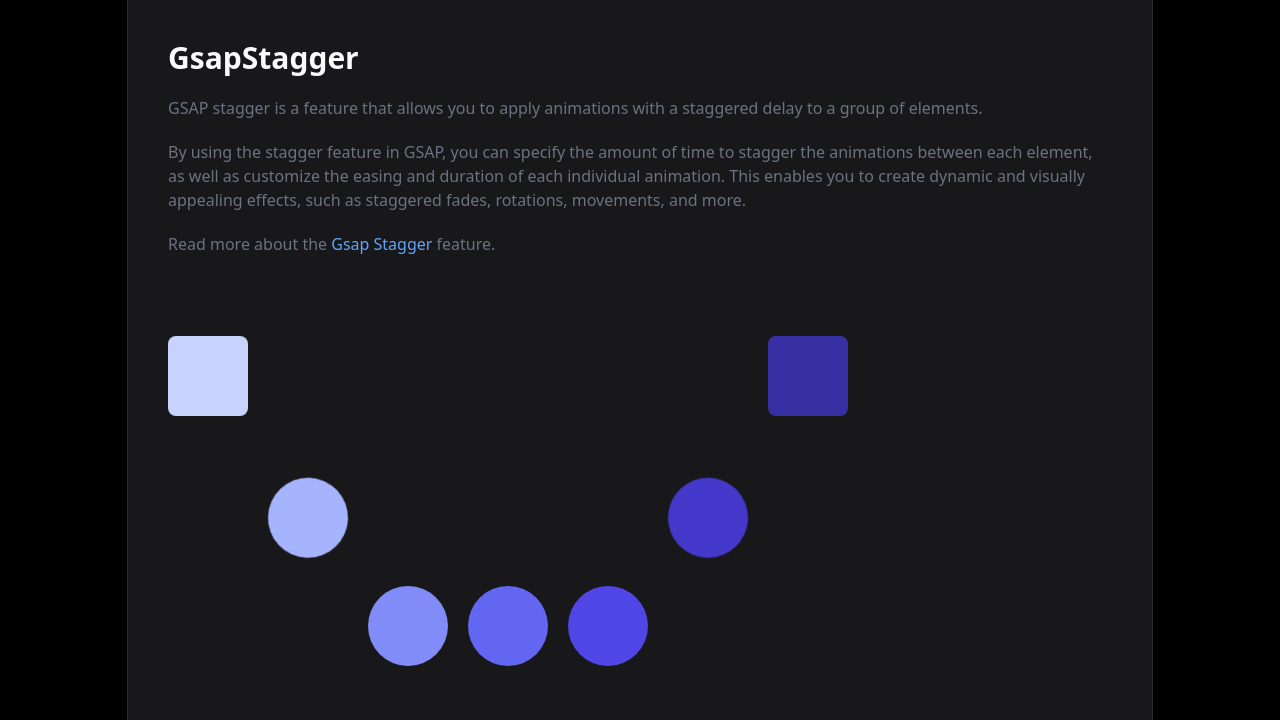
Repository: mgoyeghiaian/gsap-Starter
Page: /gsapstagger
The author's editor kept a copy of each file at every save. The page is drawn from the files as they stood at one save, then again after the next save.
The browser window is 1280 px wide. The pictures show the whole page.
The project was rebuilt for these pictures with package versions that can differ from the ones it lists, and the page was loaded fresh each time. Also part of the build but not shown: vite.config.js, src/pages/Home.jsx, src/pages/GsapTo.jsx, src/pages/GsapFrom.jsx, src/pages/GsapFromTo.jsx, src/pages/GsapTimeline.jsx, src/pages/GsapScrollTrigger.jsx, src/pages/GsapText.jsx.

Above is the page before, as saved 2024-03-17 23:54:01.

### src/pages/GsapStagger.jsx
import { useGSAP } from "@gsap/react";
import gsap from "gsap";

const GsapStagger = () => {
  // TODO: Implement the gsap.stagger() method
  useGSAP(() => {
    gsap.to('.stagger-box', {
      y: 250,
      rotation: 360,
      borderRadius: '100%',
      repeat: -1,
      yoyo: true,
      // stagger: 0.5,
      stagger: {
        amount: 1.5,
        grid: [2, 1],
        axis: 'y',
        ease: "circ.inOut",
        from: "center",
      }
    });
  }, [])
  return (
    <main>
      <h1>GsapStagger</h1>

      <p className="mt-5 text-gray-500">
        GSAP stagger is a feature that allows you to apply animations with a
        staggered delay to a group of elements.
      </p>

      <p className="mt-5 text-gray-500">
        By using the stagger feature in GSAP, you can specify the amount of time
        to stagger the animations between each element, as well as customize the
        easing and duration of each individual animation. This enables you to
        create dynamic and visually appealing effects, such as staggered fades,
        rotations, movements, and more.
      </p>

      <p className="mt-5 text-gray-500">
        Read more about the{" "}
        <a
          href="https://gsap.com/resources/getting-started/Staggers"
          target="_blank"
          rel="noreferrer noopener nofollow"
        >
          Gsap Stagger
        </a>{" "}
        feature.
      </p>

      <div className="mt-20">
        <div className="flex gap-5">
          <div className="w-20 h-20 bg-indigo-200 rounded-lg stagger-box" />
          <div className="w-20 h-20 bg-indigo-300 rounded-lg stagger-box" />
          <div className="w-20 h-20 bg-indigo-400 rounded-lg stagger-box" />
          <div className="w-20 h-20 bg-indigo-500 rounded-lg stagger-box" />
          <div className="w-20 h-20 bg-indigo-600 rounded-lg stagger-box" />
          <div className="w-20 h-20 bg-indigo-700 rounded-lg stagger-box" />
          <div className="w-20 h-20 bg-indigo-800 rounded-lg stagger-box" />
        </div>
      </div>
    </main>
  );
};

export default GsapStagger;

Loaded but not shown: index.html (common file); src/main.jsx (common file); src/App.jsx (common file); src/index.css (common file); src/pages/index.jsx (common file); tailwind.config.js (common file)

After the next save:
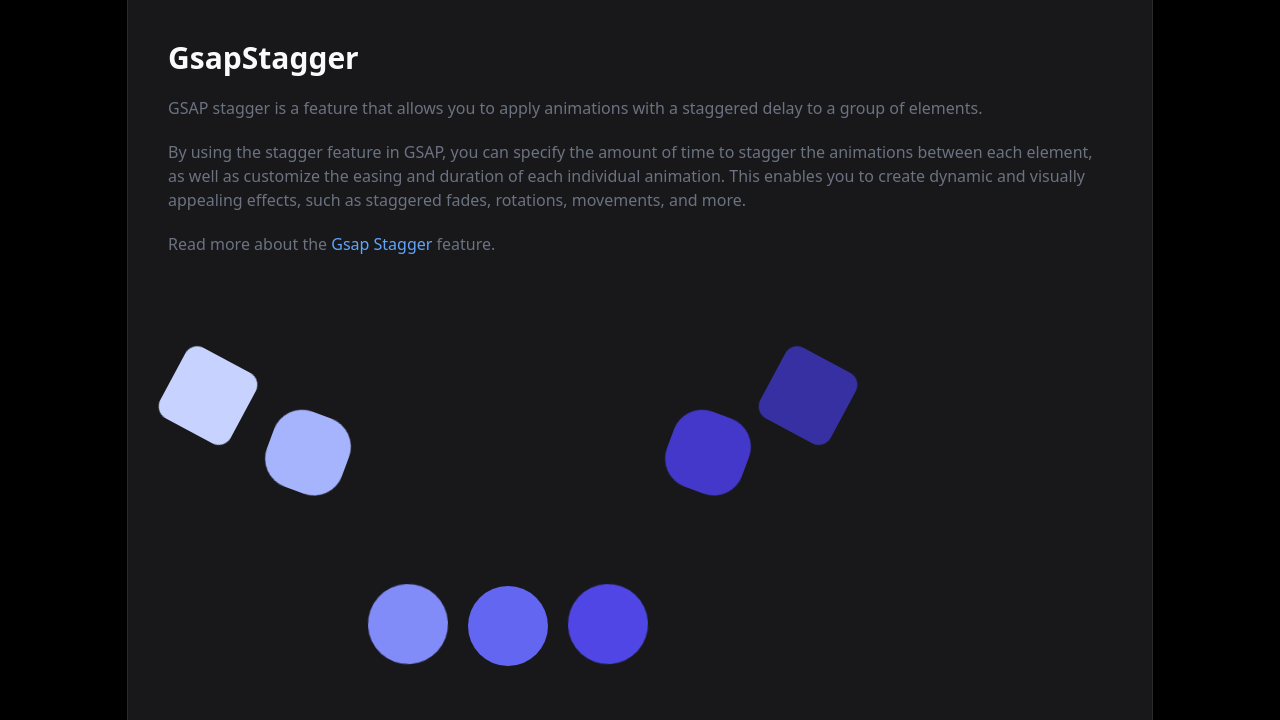
Saved 13 s later.
--- a/src/pages/GsapStagger.jsx
+++ b/src/pages/GsapStagger.jsx
@@ -12,7 +12,7 @@
       yoyo: true,
       // stagger: 0.5,
       stagger: {
-        amount: 1.5,
+        amount: 0.5,
         grid: [2, 1],
         axis: 'y',
         ease: "circ.inOut",
